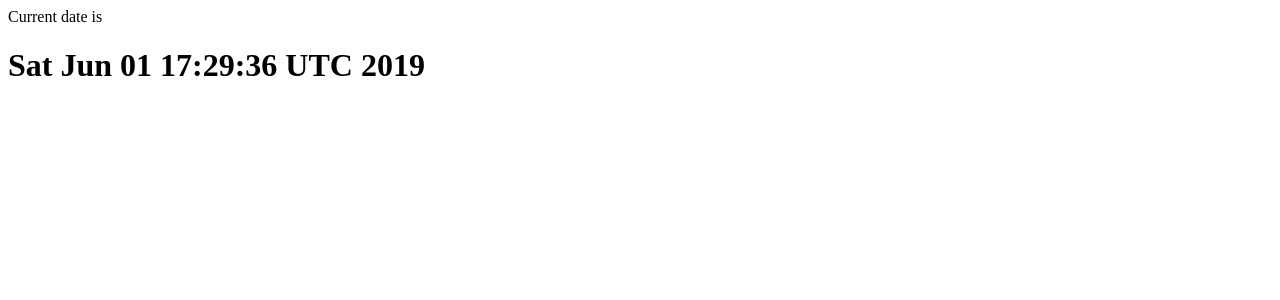
Repository: somakbha/CodeBackUP
Page: http://localhost/SimpleServletProject/test.jsp
An editor plug-in stored every save of this project. The page is shown before and after the next save, followed by the edit.
The browser window is 1280 px wide. The pictures show the whole page.
The page is served by Tomcat 9. Other server files are loaded and not shown.

Above is the page before, as saved 2019-06-15 13:51:01.

### JSP-Servlet-by-java-brains/SimpleServletProject/WebContent/test.jsp
<%@ page language="java" contentType="text/html; charset=UTF-8"
    pageEncoding="UTF-8"%>
<!DOCTYPE html PUBLIC "-//W3C//DTD HTML 4.01 Transitional//EN" "http://www.w3.org/TR/html4/loose.dtd">
<html>
<head>
<meta http-equiv="Content-Type" content="text/html; charset=UTF-8">
<title>Insert title here</title>
</head>
<body>
Current date is <h1><%= new java.util.Date() %></h1>
</body>
</html>

After the next save:
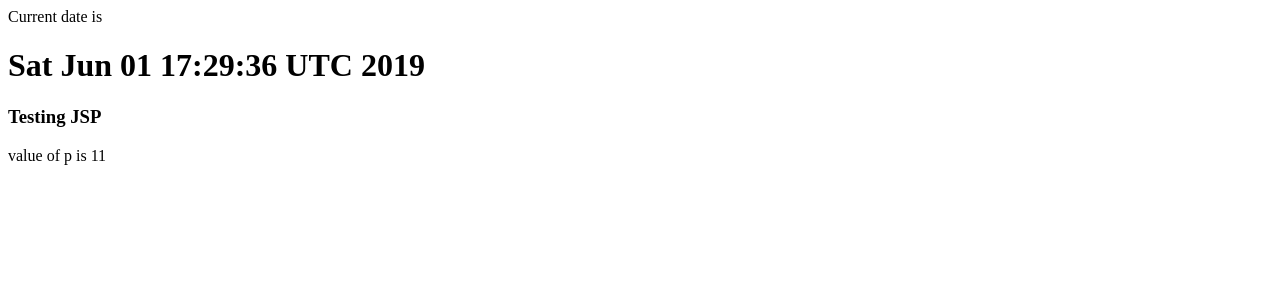
Saved 4 min 11 s later.
--- a/JSP-Servlet-by-java-brains/SimpleServletProject/WebContent/test.jsp
+++ b/JSP-Servlet-by-java-brains/SimpleServletProject/WebContent/test.jsp
@@ -8,5 +8,15 @@
 </head>
 <body>
 Current date is <h1><%= new java.util.Date() %></h1>
+
+<h3>Testing JSP</h3>
+<%
+
+int p=10;
+p=p+1;
+out.println("value of p is "+p);
+
+
+%>
 </body>
 </html>
